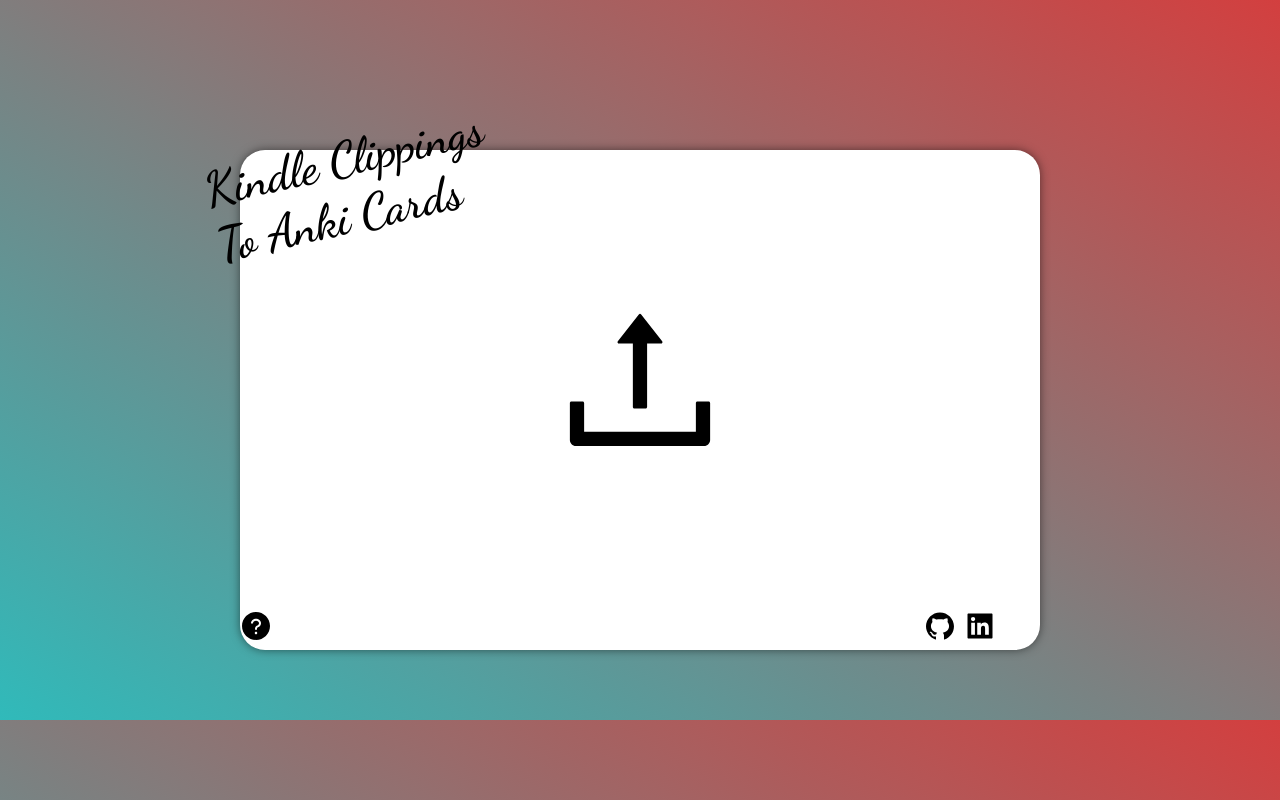
Repository: Lewisjohnward/kindle-clippings-to-cards
Page: /
An editor plug-in stored every save of this project. The page is shown before and after the next save, followed by the edit.
The browser window is 1280 px wide. The pictures show the whole page.
Backgrounds fixed to the window are drawn as part of the page. The project was rebuilt for these pictures with package versions that can differ from the ones it lists, and the page was loaded fresh each time.

Above is the page before, as saved 2021-10-29 13:14:06.

### public/index.html
<!DOCTYPE html>
<html lang="en">
  <head>
    <meta charset="utf-8" />
    <link rel="icon" href="%PUBLIC_URL%/favicon.ico" />
    <meta name="viewport" content="width=device-width, initial-scale=1" />
    <meta name="theme-color" content="#000000" />
    <meta
      name="description"
      content="Web site created using create-react-app"
    />
    <link rel="apple-touch-icon" href="%PUBLIC_URL%/logo192.png" />
    <!--
      manifest.json provides metadata used when your web app is installed on a
      user's mobile device or desktop. See https://developers.google.com/web/fundamentals/web-app-manifest/
    -->
    <link rel="manifest" href="%PUBLIC_URL%/manifest.json" />
    <link rel="preconnect" href="https://fonts.googleapis.com">
<link rel="preconnect" href="https://fonts.gstatic.com" crossorigin>
<link href="https://fonts.googleapis.com/css2?family=Dancing+Script:wght@600&display=swap" rel="stylesheet">
    <!--
      Notice the use of %PUBLIC_URL% in the tags above.
      It will be replaced with the URL of the `public` folder during the build.
      Only files inside the `public` folder can be referenced from the HTML.

      Unlike "/favicon.ico" or "favicon.ico", "%PUBLIC_URL%/favicon.ico" will
      work correctly both with client-side routing and a non-root public URL.
      Learn how to configure a non-root public URL by running `npm run build`.
    -->
    <title>React App</title>
  </head>
  <body>
    <noscript>You need to enable JavaScript to run this app.</noscript>
    <div id="root"></div>
    <!--
      This HTML file is a template.
      If you open it directly in the browser, you will see an empty page.

      You can add webfonts, meta tags, or analytics to this file.
      The build step will place the bundled scripts into the <body> tag.

      To begin the development, run `npm start` or `yarn start`.
      To create a production bundle, use `npm run build` or `yarn build`.
    -->
  </body>
</html>

### src/index.js
import React from "react"
import ReactDOM from "react-dom"
import App from "./App"
ReactDOM.render(<App />, document.getElementById('root'))

### src/App.js
import { useRef } from "react";
import styled, { createGlobalStyle } from "styled-components";
import { AiOutlineUpload, AiFillGithub, AiFillLinkedin, AiFillQuestionCircle} from "react-icons/ai";

const GlobalStyle = createGlobalStyle`
    body{
        height: 100%;
        margin: 0;
        padding: 0;
        background-repeat: no-repeat;
        background-attachment: fixed;
        background-image: linear-gradient(
            30deg,
            rgb(48, 186, 186),
            rgb(211, 63, 63)
        );


    }
`;

const Frame = styled.div`
  display: flex;
  align-items: center;
  justify-content: center;
  height: 800px;
`;

const MainContainer = styled.div`
  position: relative;
  width: 800px;
  height: 500px;
  border-radius: 25px;
  background: white;
  box-shadow: 0px 0px 10px 0px rgba(0, 0, 0, 0.5);
  font-size: 2em;
`;
const TitleContainer = styled.div`
  position: absolute;
  top: -4%;
  left:  -4%;
  transform: rotate(-13deg);
  font-family: "Dancing Script", cursive;
  font-size: 3rem;
`;
const Title = styled.p`
  margin: 0;
  padding: 0;
`;

const CenterContainer = styled.div`
  display: flex;
  justify-content: center;
  align-items: center;
  height: 92%;
`;

const UploadIcon = styled(AiOutlineUpload)`
  font-size: 6em;
  color: black;
  cursor: pointer;

  &:hover {
    transform: scale(1.05);
    text-shadow: 0px 0px 10px rgba(0, 0, 0, 0.2);
  }
`;

const ExternalLinkContainer = styled.div`
  position: absolute;
  right: 5%;
  display: flex;
  justify-content: space-around;
  align-items: center;
  width: 10%;

  color: black;
  cursor: pointer;

  & > *:hover {
    transform: scale(1.05);
  }
`;

const GithubIcon = styled(AiFillGithub)`
`;
const LinkedinIcon = styled(AiFillLinkedin)`
`;
const QuestionIcon = styled(AiFillQuestionCircle)`
`;


const Input = styled.input.attrs({
  type: "file",
})`
  display: none;
`;

const App = () => {
  const inputFile = useRef(null);

  const onButtonClick = () => {
    // `current` points to the mounted file input element
    inputFile.current.click();
  };

  return (
    <>
      <GlobalStyle />
      <Frame>
        <MainContainer>
          <TitleContainer>
            <Title>Kindle Clippings</Title>
            <Title>To Anki Cards</Title>
          </TitleContainer>
          <CenterContainer>
            <UploadIcon onClick={onButtonClick} />
            <Input ref={inputFile} />
          </CenterContainer>
          <ExternalLinkContainer>
            <GithubIcon />
            <LinkedinIcon />
          </ExternalLinkContainer>
          <QuestionIcon />
        </MainContainer>
      </Frame>
    </>
  );
};

export default App;

After the next save:
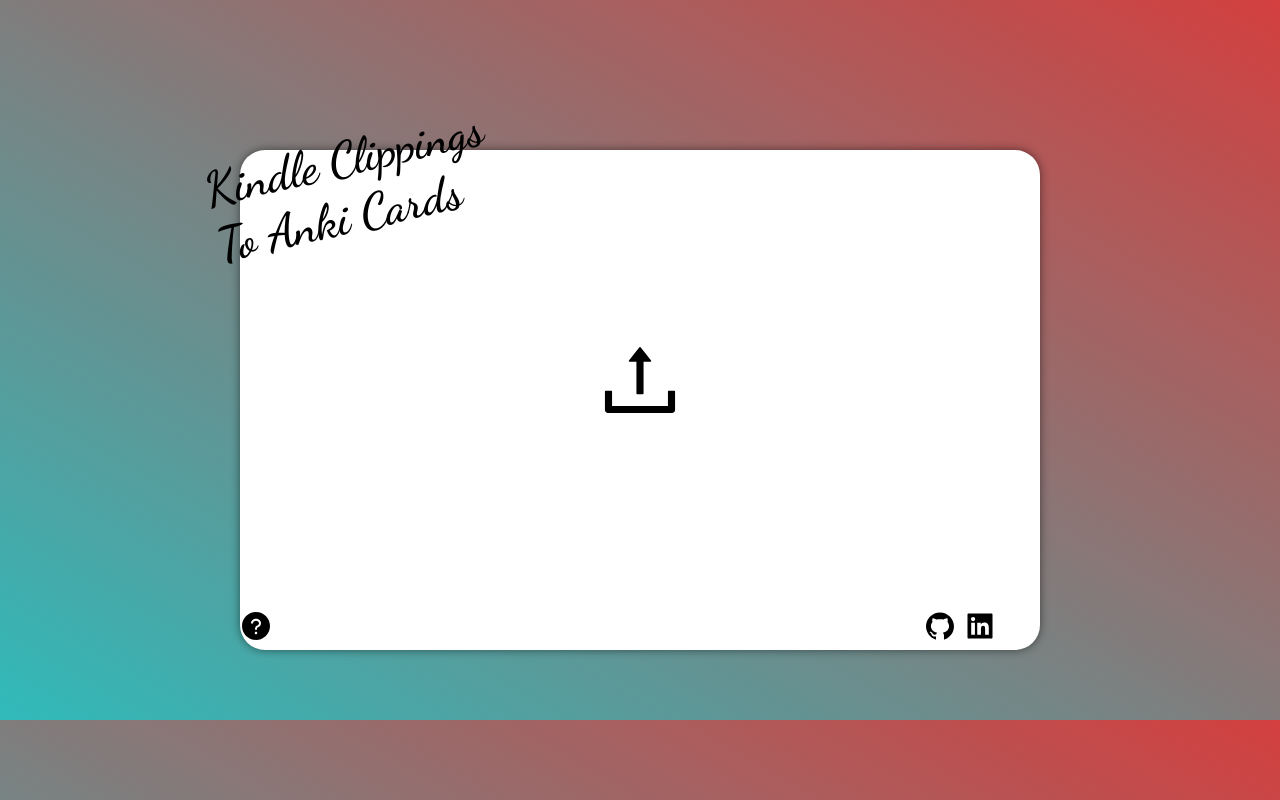
Saved 9 s later.
--- a/src/App.js
+++ b/src/App.js
@@ -56,7 +56,7 @@
 `;
 
 const UploadIcon = styled(AiOutlineUpload)`
-  font-size: 6em;
+  font-size: 3em;
   color: black;
   cursor: pointer;
 
